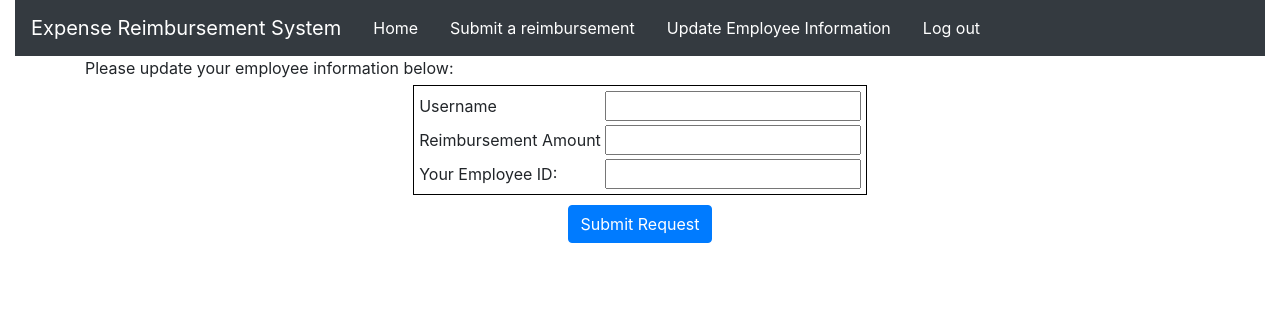
Repository: Trevormulrenin/ers-app
Page: ers-app/src/main/webapp/html/employee_info.html
The author's editor kept a copy of each file at every save. The page is drawn from the files as they stood at one save, then again after the next save.
The browser window is 1280 px wide. The pictures show the whole page.

Above is the page before, as saved 2021-03-30 21:35:55.

### ers-app/src/main/webapp/html/employee_info.html
<!DOCTYPE html>
<html>
<head>
	<meta charset="UTF-8">
	<meta name="viewport" content="width=device-with, initial-scale=1.0">

	<link rel="stylesheet" href="https://stackpath.bootstrapcdn.com/bootstrap/4.5.2/css/bootstrap.min.css" integrity="sha384-JcKb8q3iqJ61gNV9KGb8thSsNjpSL0n8PARn9HuZOnIxN0hoP+VmmDGMN5t9UJ0Z" crossorigin="anonymous">
 	<link rel="stylesheet" type="text/css" href="../css/style.css">

<title>Expense Reimbursement System</title>
</head>

<body>
	<div class="container-fluid">
		<nav class="navbar navbar-expand-lg navbar-dark bg-dark">
			<a class="navbar-brand" href="employee_home.html">Expense Reimbursement System</a>
				<a class="nav-item nav-link" href="employee_home.html">Home</a>
				<a class="nav-item nav-link" href="reimbursement_home.html">Submit a reimbursement</a>
				<a class="nav-item nav-link" href="employee_info.html">Update Employee Information</a>

			<div class="nav-list-right" id="navbar-menu-right">
				<a class="nav-item nav-link" href="logout.html">Log out</a>
			</div>

		</nav>
	</div>

		<div class="container">
		<header> Please update your employee information below:</header>
		<form action="../UpdateEmployeeServlet" method="post">
			<table class="center" id="update-table">
				<tr>
					<td>Username</td>
					<td><input type="text" id="employeeUsername"
						name="employeeUsername" value=""></td>
				</tr>
				<tr>
					<td>Reimbursement Amount</td>
					<td><input type="number" step="any" name="reimbursementAmount">
					</td>
				</tr>
				<tr>
					<td>Your Employee ID:</td>
					<td><input type="number" name="reimbursementEmployeeId">
					</td>
				</tr>
			</table>
			<div class="log-in-button">
				<button type="submit" class="btn btn-primary">Submit
					Request</button>
			</div>
		</form>
	</div>

</body>
</html>

### ers-app/src/main/webapp/css/style.css
@charset "UTF-8";

#navbar-menu-right{
	text-decoration: none;
	color: black;
}

.nav-item, .nav-item-active, .nav-list-right {
		color: white;
		border: 1px;
		border-color:white;
	}

h1 {
	text-align: center;
    font-family: Lato;
    color: Black;
    font-size: 40px;
    margin: 50px;
}

p {
	text-align: center;
    font-family: Lato;
	color: Black;
	font-size: 15px;
}

h2 {
	text-align: center;
    font-family: Lato;
    color: Black;
    font-size: 40px;
    margin: 10px;
}

#enter-credentials {
	text-align: center;
    font-family: Lato;
	color: Black;
	font-size: 20px;
}


#pending-reimbursement, #resolved-reimbursement {
	border: 2px solid black;
	color: black;
	text-align:center;
	height: 300px;
	width: 400px;
    top:160px;
    left:20%;
/*     display: flex; */
/* 	justify-content: space-evenly; */
}

#pending-reimbursement {
	float: left;
}

#resolved-reimbursement:hover {
	background-color: gray;
	color:white;
}

#pending-reimbursement:hover {
	background-color: gray;

	color:white;
}

#pending-table, #resolved-table {
	width: "100%";
	padding: 2px;
	margin-top: 50%;
	margin-bottom: auto;
	margin-left: 50%;
	margin-right: auto;
	border: 1px solid black;
	border-collapse: separate;
	border-spacing: 1px;
}

.nav-item, .nav-item-active, .nav-list-right {
/* 		text-decoration: none; */
		color: white;
		border: 1px;
		border-color:white;
	}

#log-in-button {
	text-align: center;
}

.login {
	border: 2px solid black;
	content: 5px;
	width: auto;
	text-align: center;
	padding: 5px;
	margin: auto;
	box-shadow: white;
}

#update-table {
	width: "100%";
	padding: 2px;
	margin-top: 5px;
	margin-bottom: 0px;
	margin-left: auto;
	margin-right: auto;
	border: 1px solid black;
	border-collapse: separate;
	border-spacing: 2px;
}

#reimbursement-table {
	width: "100%";
	padding: 2px;
	margin-top: 5px;
	margin-bottom: 0px;
	margin-left: auto;
	margin-right: auto;
	border: 1px solid black;
	border-collapse: separate;
	border-spacing: 2px;
}

.log-in-button {
	text-align: center;
	margin-top: 10px;
}

After the next save:
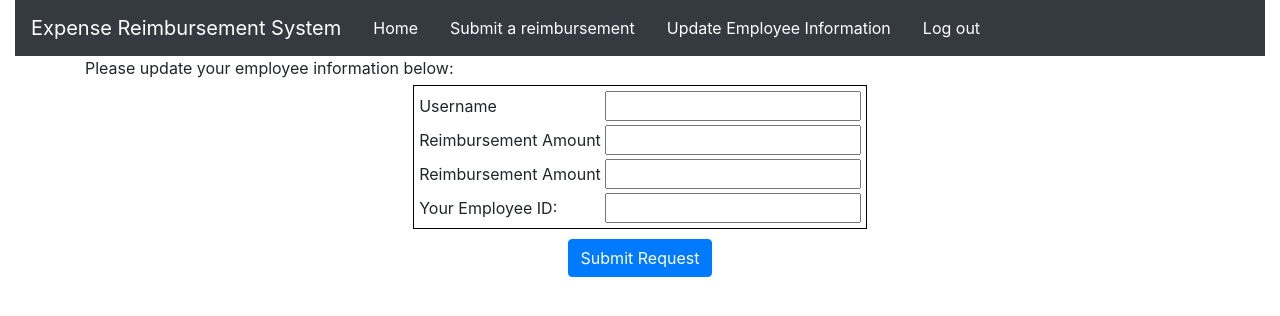
Saved 17 s later.
--- a/ers-app/src/main/webapp/html/employee_info.html
+++ b/ers-app/src/main/webapp/html/employee_info.html
@@ -40,6 +40,11 @@
 					</td>
 				</tr>
 				<tr>
+					<td>Reimbursement Amount</td>
+					<td><input type="number" step="any" name="reimbursementAmount">
+					</td>
+				</tr>
+				<tr>
 					<td>Your Employee ID:</td>
 					<td><input type="number" name="reimbursementEmployeeId">
 					</td>

After the save that followed:
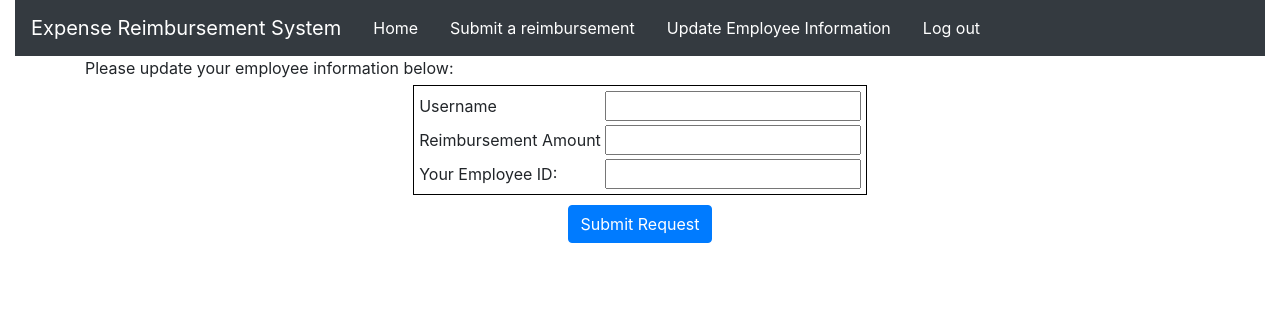
Saved 27 s later.
--- a/ers-app/src/main/webapp/html/employee_info.html
+++ b/ers-app/src/main/webapp/html/employee_info.html
@@ -40,11 +40,6 @@
 					</td>
 				</tr>
 				<tr>
-					<td>Reimbursement Amount</td>
-					<td><input type="number" step="any" name="reimbursementAmount">
-					</td>
-				</tr>
-				<tr>
 					<td>Your Employee ID:</td>
 					<td><input type="number" name="reimbursementEmployeeId">
 					</td>
